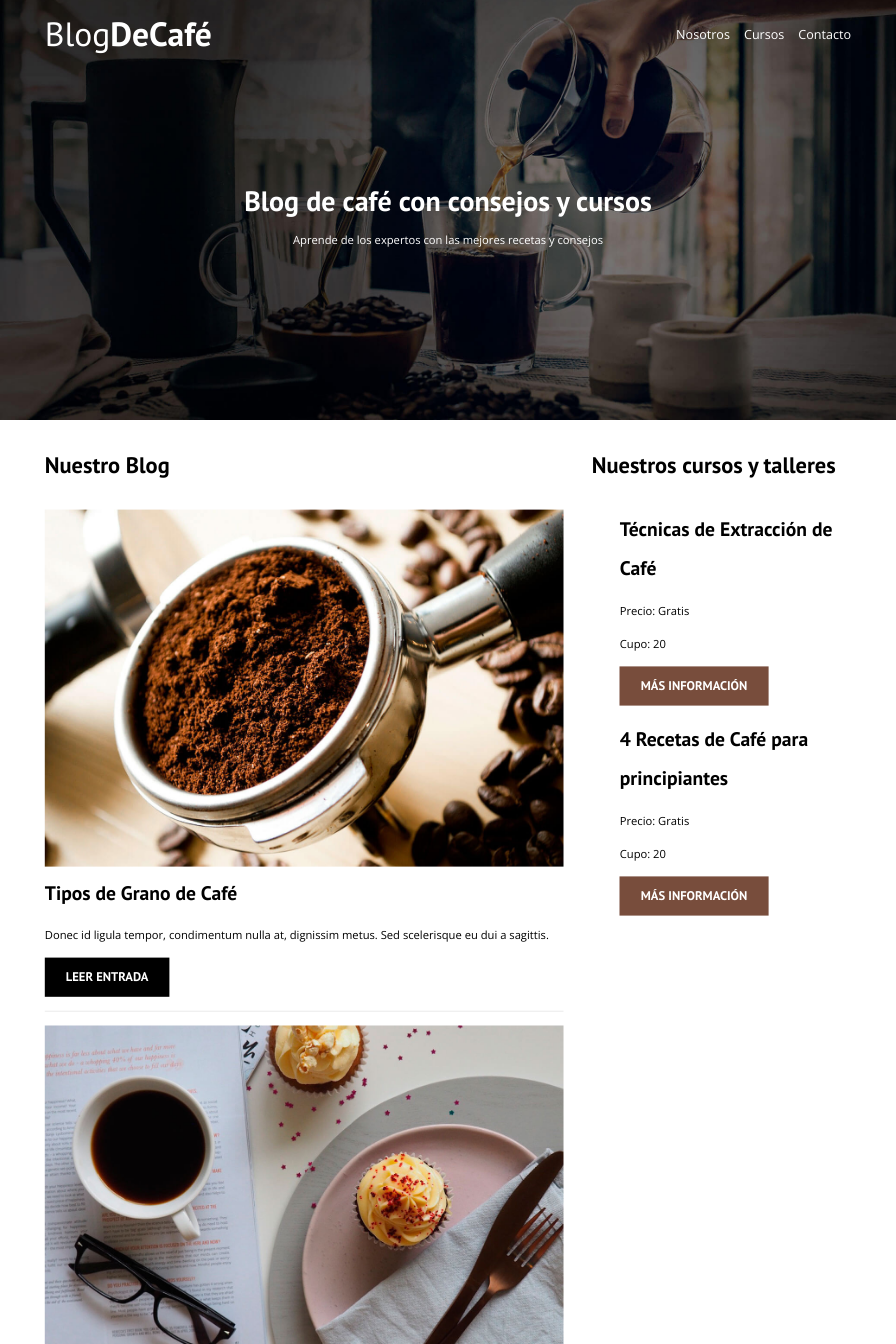
Repository: araque1990/blog_de_cafe
Page: index.html
These files come from the project's save history. The page is drawn as it stood at one moment and after the next save; the edit follows.
The browser window is 1280 px wide. The pictures show the part of the page from y = 0 to 1920 px (the page is 2917 px tall), at 70% of full size.

Above is the page before, as saved 2023-01-12 14:03:30.

### index.html
<!DOCTYPE html>
<html lang="es">
<head>
  <meta charset="UTF-8">
  <meta http-equiv="X-UA-Compatible" content="IE=edge">
  <meta name="viewport" content="width=device-width, initial-scale=1.0">
  <title>Blog de Café</title>
  <link rel="stylesheet" href="css/normalize.css">
  <link rel="preconnect" href="https://fonts.googleapis.com"><link rel="preconnect" href="https://fonts.gstatic.com" crossorigin><link href="https://fonts.googleapis.com/css2?family=Open+Sans&family=PT+Sans:wght@400;700&display=swap" rel="stylesheet">
  <link rel="stylesheet" href="css/styles.css">
</head>
<body>

  <header class="header">
    <div class="contenedor">
      <div class="barra">
        <a class="logo" href="index.html">
          <h1 class="logo__nombre no-margin centrar-texto">Blog<span class="logo__bold">DeCafé</span></h1>
        </a>

        <nav class="navegacion">
          <a href="nosotros.html" class="navegacion__enlace">Nosotros</a>
          <a href="cursos.html" class="navegacion__enlace">Cursos</a>
          <a href="contacto.html" class="navegacion__enlace">Contacto</a>
        </nav>
      </div>
    </div>
    <div class="header__texto">
      <h2 class="no-margin">Blog de café con consejos y cursos</h2>
      <p class="no-margin">Aprende de los expertos con las mejores recetas y consejos</p>
    </div>
  </header>

  <div class="contenedor contenido-principal">
    <main class="blog">
      <h3>Nuestro Blog</h3>

      <article class="entrada">
        <div class="entrada__imagen">
          <img src="img/blog1.jpg" alt="imagen blog">
        </div>
        <div class="entrada__contenido">
          <h4 class="no-margin">Tipos de Grano de Café</h4>
          <p>Donec id ligula tempor, condimentum nulla at, dignissim metus. Sed scelerisque eu dui a sagittis.</p>
          <a href="entrada.html" class="boton boton--primario">Leer Entrada</a>
        </div>
      </article>

      <article class="entrada">
        <div class="entrada__imagen">
          <img src="img/blog2.jpg" alt="imagen blog">
        </div>
        <div class="entrada__contenido">
          <h4 class="no-margin">3 Deliciosas Recetas de Café</h4>
          <p>Donec id ligula tempor, condimentum nulla at, dignissim metus. Sed scelerisque eu dui a sagittis.</p>
          <a href="entrada.html" class="boton boton--primario">Leer Entrada</a>
        </div>
      </article>

      <article class="entrada">
        <div class="entrada__imagen">
          <img src="img/blog3.jpg" alt="imagen blog">
        </div>
        <div class="entrada__contenido">
          <h4 class="no-margin">Beneficios del Café</h4>
          <p>Donec id ligula tempor, condimentum nulla at, dignissim metus. Sed scelerisque eu dui a sagittis.</p>
          <a href="entrada.html" class="boton boton--primario">Leer Entrada</a>
        </div>
      </article>
    </main>

    <aside class="sidebar">
      <h3>Nuestros cursos y talleres</h3>

      <ul class="cursos">
        <li class="widget-curso">
          <h4 class="no-margin">Técnicas de Extracción de Café</h4>
          <p class="widget-curso__label">Precio:
            <span class="widget-curso__info">Gratis</span>
          </p>
          <p class="widget-curso__label">Cupo:
            <span class="widget-curso__info">20</span>
          </p>
          <a href="entrada.html" class="boton boton--secundario">Más Información</a>
        </li>
        <li class="widget-curso">
          <h4 class="no-margin">4 Recetas de Café para principiantes</h4>
          <p class="widget-curso__label">Precio:
            <span class="widget-curso__info">Gratis</span>
          </p>
          <p class="widget-curso__label">Cupo:
            <span class="widget-curso__info">20</span>
          </p>
          <a href="entrada.html" class="boton boton--secundario">Más Información</a>
        </li>
      </ul>
    </aside>
  </div>
</body>
</html>

### css/styles.css
:root {
  --fuenteHeading: 'PT Sans', sans-serif;
  --fuenteParrafos: 'Open Sans', sans-serif;

  --secundario: #784D3C;
  --gris: #E1E1E1;
  --blanco: #FFF;
  --negro: #000;
}
html {
  box-sizing: border-box;
  font-size: 62.5%;
}
*, *:before, *:after {
  box-sizing: inherit;
}
body {
  font-family: var(--fuenteParrafos);
  font-size: 1.6rem;
  line-height: 2;
}

/* Globales */
.contenedor {
  max-width: 120rem;
  width: 90%;
  margin: 0 auto;
}
a {
  text-decoration: none;
}
h1, h2, h3, h4 {
  font-family: var(--fuenteHeading);
}
h1 {
  font-size: 4.8rem;
}
h2 {
  font-size: 4rem;
}
h3 {
  font-size: 3.2rem;
}
h4 {
  font-size: 2.8rem;
}
img {
  max-width: 100%;
}

/* Utilidades */
.no-margin {
  margin: 0;
}
.no-padding {
  padding: 0;
}
.centrar-texto {
  text-align: center;
}

/* Header */
.header {
  background-image: url(../img/banner.jpg);
  height: 60rem;
  background-size: cover;
  background-repeat: no-repeat;
  background-position: center center;
}
.header__texto {
  text-align: center;
  color: var(--blanco);
  margin-top: 5rem;
}

@media (min-width: 768px) {
  .header__texto {
    margin-top: 15rem;
  }
}

@media (min-width: 768px) {
  .barra {
    display: flex;
    justify-content: space-between;
    align-items: center;
  }
}
.logo {
  color: var(--blanco);
}
.logo__nombre {
  font-weight: 400;
}
.logo__bold {
  font-weight: 700;
}

@media (min-width: 768px) {
  .navegacion {
    display: flex;
    gap: 2rem;
  }
}
.navegacion__enlace {
  display: block;
  text-align: center;
  font-size: 1.8rem;
  color: var(--blanco);
}

@media (min-width: 768px) {
  .contenido-principal {
    display: grid;
    grid-template-columns: 2fr 1fr;
    column-gap: 4rem;
  }
}

.entrada {
  border-bottom: 1px solid var(--gris);
  margin-bottom: 2rem;
}
.entrada:last-of-type {
  border: none;
  margin-bottom: 0;
}
.boton {
  display: block;
  font-family: var(--fuenteHeading);
  color: var(--blanco);
  text-align: center;
  padding: 1rem 3rem;
  font-size: 1.8rem;
  text-transform: uppercase;
  font-weight: 700;
  margin-bottom: 2rem;
}
@media (min-width: 768px) {
  .boton {
    display: inline-block;
  }
}
.boton--primario {
  background-color: var(--negro);
}
.boton--secundario {
  background-color: var(--secundario);
}
.cursos {
  list-style: none;
}

Loaded but not shown: css/normalize.css (library)

After the next save:
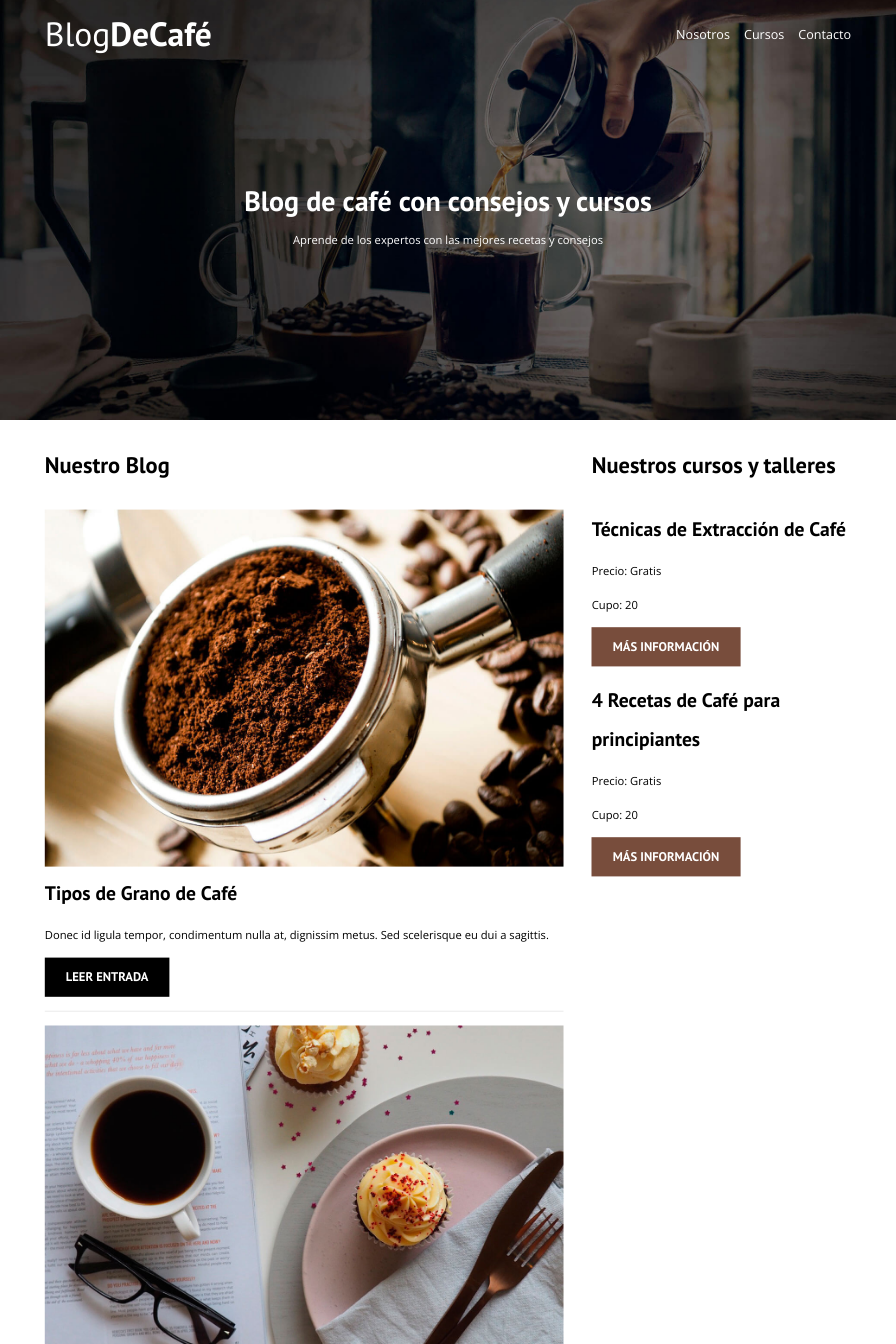
Saved 3 s later.
--- a/index.html
+++ b/index.html
@@ -72,7 +72,7 @@
     <aside class="sidebar">
       <h3>Nuestros cursos y talleres</h3>
 
-      <ul class="cursos">
+      <ul class="cursos no-padding">
         <li class="widget-curso">
           <h4 class="no-margin">Técnicas de Extracción de Café</h4>
           <p class="widget-curso__label">Precio:
